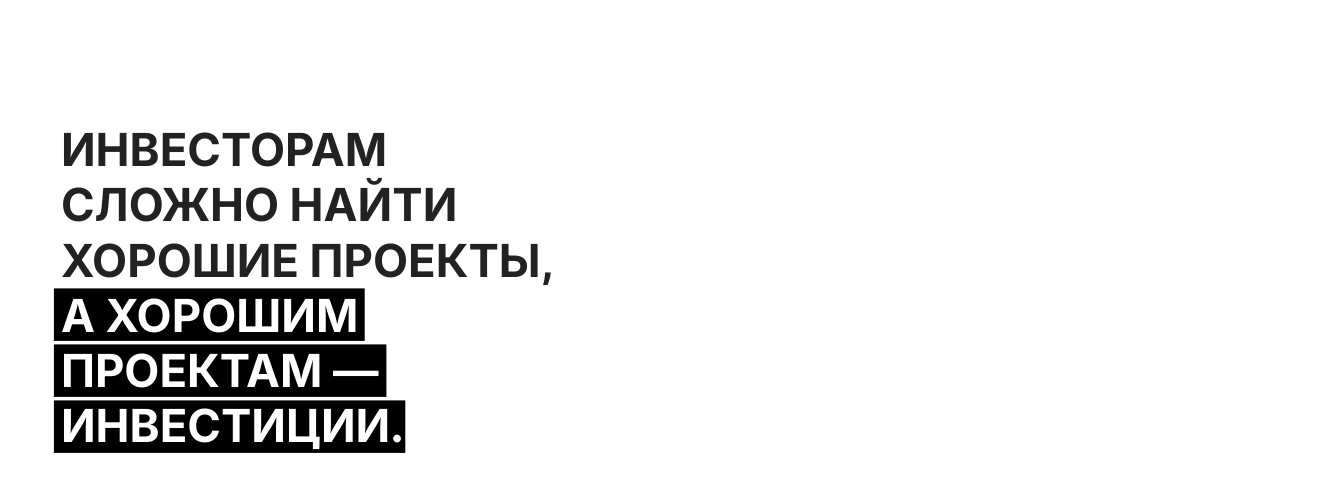
Repository: NadyaKorvin/frontiers
Page: /
These files come from the project's save history. The page is drawn as it stood at one moment and after a run of saves; the edit follows.
The browser window is 1280 px wide. The page is 1280 px wide, then 1920 px, so the pictures cover 1920 px, including what lies to the right of the window. The pictures show the part of the page from y = 0 to 1280 px (the page is 720 px tall before and 1728 px after), at 70% of full size.
The project was rebuilt for these pictures with package versions that can differ from the ones it lists, and the page was loaded fresh each time.

Above is the page before, as saved 2022-05-23 02:25:34.

### public/index.html
<!DOCTYPE html>
<html lang="en">
  <head>
    <meta charset="utf-8" />
    <link rel="icon" href="%PUBLIC_URL%/favicon.ico" />
    <meta name="viewport" content="width=device-width, initial-scale=1" />
    <meta name="theme-color" content="#000000" />
    <meta name="description" content="Web site created using create-react-app" />
    <link rel="apple-touch-icon" href="%PUBLIC_URL%/logo192.png" />
    <link rel="manifest" href="%PUBLIC_URL%/manifest.json" />
    <link rel="preconnect" href="https://fonts.googleapis.com" />
    <link rel="preconnect" href="https://fonts.gstatic.com" crossorigin />
    <link href="https://fonts.googleapis.com/css2?family=Inter:wght@300;400;500;700&display=swap" rel="stylesheet" />
    <title>FRONTIERS</title>
  </head>
  <body>
    <noscript>You need to enable JavaScript to run this app.</noscript>
    <div id="root"></div>
  </body>
</html>

### src/index.js
import React from "react"
import ReactDOM from "react-dom/client"

import App from "./App"

const root = ReactDOM.createRoot(document.getElementById("root"))
root.render(
  <React.StrictMode>
    <App />
  </React.StrictMode>
)

### src/App.js
import { useState } from "react";
import "./App.css";
import { SecondScreenAnimation } from "./components/secondScreen/SecondScreenAnimation";
import FirstScreenAnimation from "./components/firstScreen/FirstScreenAnimation";

function App() {
  const [mousePosition, setMousePosition] = useState("");

  const listenUpperMousePosition = (event) => {
    console.log(event);
    console.log(event.target);
    setMousePosition(event.target);
  };

  return (
    <>
      <FirstScreenAnimation />
      <div className="App">
        <SecondScreenAnimation listenMousePosition={listenUpperMousePosition} />
      </div>
    </>
  );
}
export default App;

### src/App.css
@import url("./reset.css");
@import url("./components/secondScreen/SecondScreen.css");
@import url("./font/font.css");

body {
  font-family: "Inter";
}

### src/components/secondScreen/SecondScreenAnimation.js
export function SecondScreenAnimation({ listenMousePosition, mousePosition }) {
  let goUp = ""
  const goUpBlackLines = (mousePosition) => {
    if (mousePosition === "animation__text_first_part") {
      goUp = "up"
      return goUp
    }
  }
  goUpBlackLines(mousePosition)
  console.log(goUp)
  return (
    <div className="animation__text_block">
      {goUp != "up" ? (
        <div>
          <div className="animation__text" onMouseOver={listenMousePosition}>
            <p className="animation__text_first_part">Инвесторам сложно найти хорошие проекты,</p>
            <p className="animation__text_second_part">а хорошим проектам — инвестиции.</p>
          </div>
          <div className="animation__black_lines">
            <div className="animation__1th_black_line"></div>
            <div className="animation__2th_black_line"></div>
            <div className="animation__3th_black_line"></div>
          </div>
        </div>
      ) : (
        <div>
          <div className="animation__text" onMouseOver={listenMousePosition}>
            <p className="animation__text_first_part" style={{ color: "#fff" }}>
              Инвесторам сложно найти хорошие проекты,
            </p>
            <p className="animation__text_second_part" style={{ color: "#000" }}>
              а хорошим проектам — инвестиции.
            </p>
          </div>
          <div className="animation__black_lines">
            <div className="animation__1th_black_line" style={{ width: "484px", marginTop: "-475px" }}></div>
            <div className="animation__2th_black_line" style={{ width: "586px" }}></div>
            <div className="animation__3th_black_line" style={{ width: "722px" }}></div>
          </div>
        </div>
      )}
    </div>
  )
}

### src/components/firstScreen/FirstScreenAnimation.js
import React from "react";
import "./FirstScreen.module.css";

export default function FirstScreenAnimation() {
  return (
    <>
      <section className="first__screen">

      </section>
    </>
  );
}

### src/reset.css
html,
body,
div,
span,
applet,
object,
iframe,
h1,
h2,
h3,
h4,
h5,
h6,
p,
blockquote,
pre,
a,
abbr,
acronym,
address,
big,
cite,
code,
del,
dfn,
em,
img,
ins,
kbd,
q,
s,
samp,
small,
strike,
strong,
sub,
sup,
tt,
var,
b,
u,
i,
center,
dl,
dt,
dd,
ol,
ul,
li,
fieldset,
form,
label,
legend,
table,
caption,
tbody,
tfoot,
thead,
tr,
th,
td,
article,
aside,
canvas,
details,
embed,
figure,
figcaption,
footer,
header,
hgroup,
menu,
nav,
output,
ruby,
section,
summary,
time,
mark,
audio,
video {
  margin: 0;
  padding: 0;
  border: 0;
  font-size: 100%;
  font: inherit;
  vertical-align: baseline;
}

:focus {
  outline: 0;
}

article,
aside,
details,
figcaption,
figure,
footer,
header,
hgroup,
menu,
nav,
section {
  display: block;
}

body {
  line-height: 1;
}

ol,
ul {
  list-style: none;
}

blockquote,
q {
  quotes: none;
}

blockquote:before,
blockquote:after,
q:before,
q:after {
  content: "";
  content: none;
}

table {
  border-collapse: collapse;
  border-spacing: 0;
}

input[type="search"]::-webkit-search-cancel-button,
input[type="search"]::-webkit-search-decoration,
input[type="search"]::-webkit-search-results-button,
input[type="search"]::-webkit-search-results-decoration {
  -webkit-appearance: none;
  -moz-appearance: none;
}

input[type="search"] {
  -webkit-appearance: none;
  -moz-appearance: none;
  -webkit-box-sizing: content-box;
  -moz-box-sizing: content-box;
  box-sizing: content-box;
}

textarea {
  overflow: auto;
  vertical-align: top;
  resize: vertical;
}

[hidden] {
  display: none;
}

html {
  font-size: 100%; /* 1 */
  -webkit-text-size-adjust: 100%; /* 2 */
  -ms-text-size-adjust: 100%; /* 2 */
}

a:focus {
  outline: thin dotted;
}

a:active,
a:hover {
  outline: 0;
}

img {
  border: 0;
  -ms-interpolation-mode: bicubic;
}

figure {
  margin: 0;
}

form {
  margin: 0;
}

fieldset {
  border: 1px solid #c0c0c0;
  margin: 0 2px;
  padding: 0.35em 0.625em 0.75em;
}

legend {
  border: 0; /* 1 */
  padding: 0;
  white-space: normal; /* 2 */
  *margin-left: -7px; /* 3 */
}

button,
input,
select,
textarea {
  font-size: 100%; /* 1 */
  margin: 0; /* 2 */
  vertical-align: baseline; /* 3 */
  *vertical-align: middle; /* 3 */
}

button,
input {
  line-height: normal;
}

button,
select {
  text-transform: none;
}

button,
html input[type="button"], /* 1 */
input[type="reset"],
input[type="submit"] {
  -webkit-appearance: button; /* 2 */
  cursor: pointer; /* 3 */
  *overflow: visible; /* 4 */
}

button[disabled],
html input[disabled] {
  cursor: default;
}

input[type="checkbox"],
input[type="radio"] {
  box-sizing: border-box; /* 1 */
  padding: 0; /* 2 */
  *height: 13px; /* 3 */
  *width: 13px; /* 3 */
}

input[type="search"] {
  -webkit-appearance: textfield; /* 1 */
  -moz-box-sizing: content-box;
  -webkit-box-sizing: content-box; /* 2 */
  box-sizing: content-box;
}

input[type="search"]::-webkit-search-cancel-button,
input[type="search"]::-webkit-search-decoration {
  -webkit-appearance: none;
}

button::-moz-focus-inner,
input::-moz-focus-inner {
  border: 0;
  padding: 0;
}

textarea {
  overflow: auto; /* 1 */
  vertical-align: top; /* 2 */
}

table {
  border-collapse: collapse;
  border-spacing: 0;
}

html,
button,
input,
select,
textarea {
  color: #222;
}

::-moz-selection {
  background: #b3d4fc;
  text-shadow: none;
}

::selection {
  background: #b3d4fc;
  text-shadow: none;
}

img {
  vertical-align: middle;
}

fieldset {
  border: 0;
  margin: 0;
  padding: 0;
}

textarea {
  resize: vertical;
}

.chromeframe {
  margin: 0.2em 0;
  background: #ccc;
  color: #000;
  padding: 0.2em 0;
}

### src/components/secondScreen/SecondScreen.css
.second__screen {
  display: flex;
}

.animation__text_block {
  margin-top: 174px;
  margin-left: 87px;
  width: 770px;
}

.animation__text_first_part,
.animation__text_second_part {
  text-transform: uppercase;
  font-size: 65px;
  font-weight: 700;
  line-height: 79px;
  transition: 0.5s ease-out;
}

.animation__text_second_part {
  color: #fff;
}

.animation__black_lines {
  margin-left: -10px;
  margin-top: -236px;
}

.animation__1th_black_line {
  margin-bottom: 5px;
  height: 75px;
  width: 444px;
  background-color: #000;
  transition: 0.5s ease-out;
}

.animation__2th_black_line {
  margin-bottom: 5px;
  height: 75px;
  width: 475px;
  background-color: #000;
  transition: 0.5s ease-out;
}
.animation__3th_black_line {
  height: 75px;
  width: 502px;
  background-color: #000;
  transition: 0.5s ease-out;
}

### src/font/font.css
@font-face {
  font-family: "Inter";
  src:
    url("./Inter-Bold.ttf") format("truetype")
    url("./Inter-Bold.woff2") format("woff2"),
    url("./Inter-Bold.woff") format("woff");
  font-weight: 700;
  font-style: normal;
  font-stretch: normal;
  unicode-range: U+0020-E0D0;
}

@font-face {
  font-family: "Inter";
  src:
    url("./Inter-Regular.woff2") format("woff2"),
    url("./Inter-Regular.ttf") format("truetype")
    url("./Inter-Regular.woff") format("woff");
  font-weight: 400;
  font-style: normal;
  font-stretch: normal;
  unicode-range: U+0020-E0D0;
}

@font-face {
    font-family:'Inter Medium';
    src:
        url("./Inter-Medium.ttf") format("truetype")
        url('Inter-Medium.woff2') format('woff2'),
		url('Inter-Medium.woff') format('woff');
    font-weight: 500;
    font-style: normal;
    font-stretch: normal;
    unicode-range: U+0020-E0D0;
}

@font-face {
    font-family:'Inter Light';
    src:
        url("./Inter-Light.ttf") format("truetype")
        url('Inter-Light.woff2') format('woff2'),
		url('Inter-Light.woff') format('woff');
    font-weight: 300;
    font-style: normal;
    font-stretch: normal;
    unicode-range: U+0020-E0D0;
}

### src/components/firstScreen/FirstScreen.module.css
.first__screen {
    width: 1920px;
    height: 1080px;
    background-color:blue;
}

After the next 3 saves:
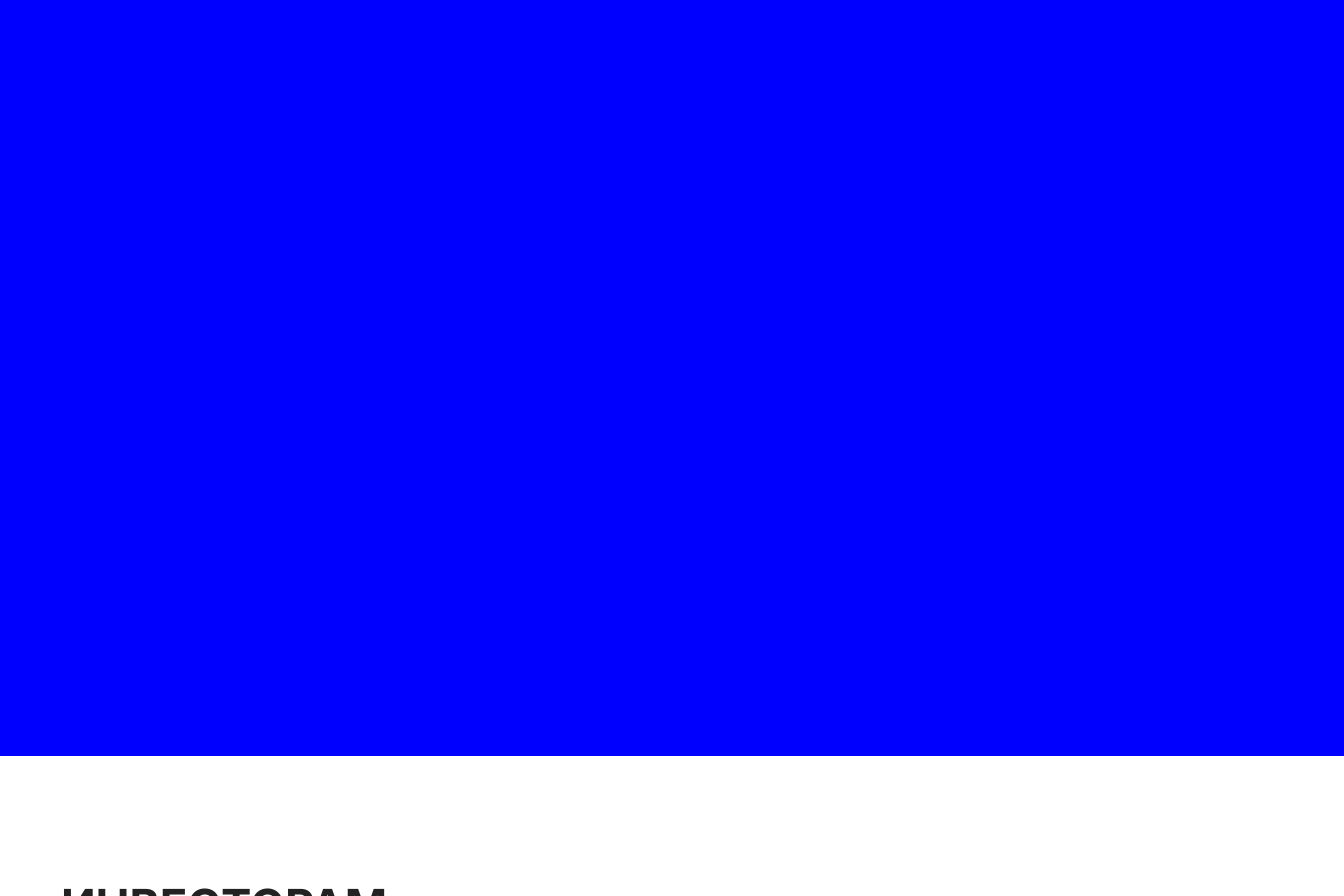
The 3 saves are shown as one change because 2 did not build or start.
The last was saved 45 s later.
--- a/src/components/firstScreen/FirstScreenAnimation.js
+++ b/src/components/firstScreen/FirstScreenAnimation.js
@@ -1,10 +1,10 @@
 import React from "react";
-import "./FirstScreen.module.css";
+import style from "./FirstScreen.module.css";
 
 export default function FirstScreenAnimation() {
   return (
     <>
-      <section className="first__screen">
+      <section className={style.first__screen}>
 
       </section>
     </>
